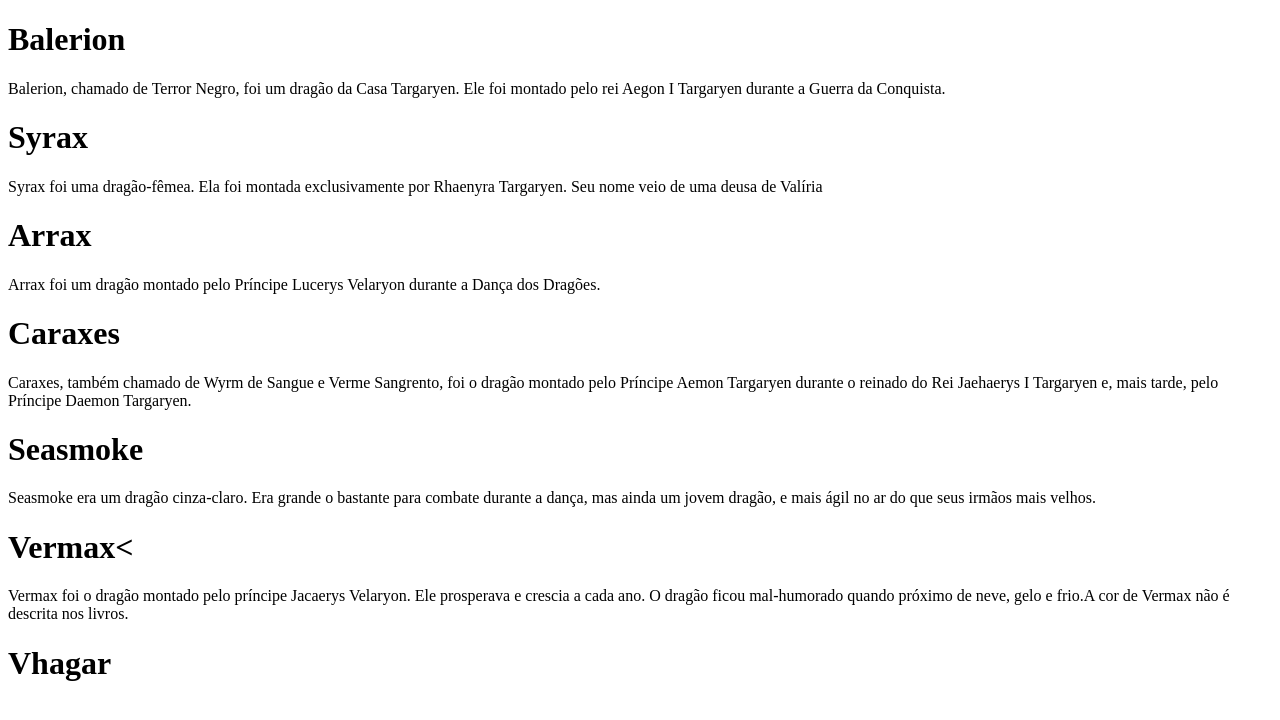
Repository: Caiquedev123/Dragaoes-progeto
Page: index.html
An editor plug-in stored every save of this project. The page is shown before and after the next save, followed by the edit.
The browser window is 1280 px wide. The pictures show the whole page.

Above is the page before, as saved 2024-08-09 11:24:15.

After the next save:
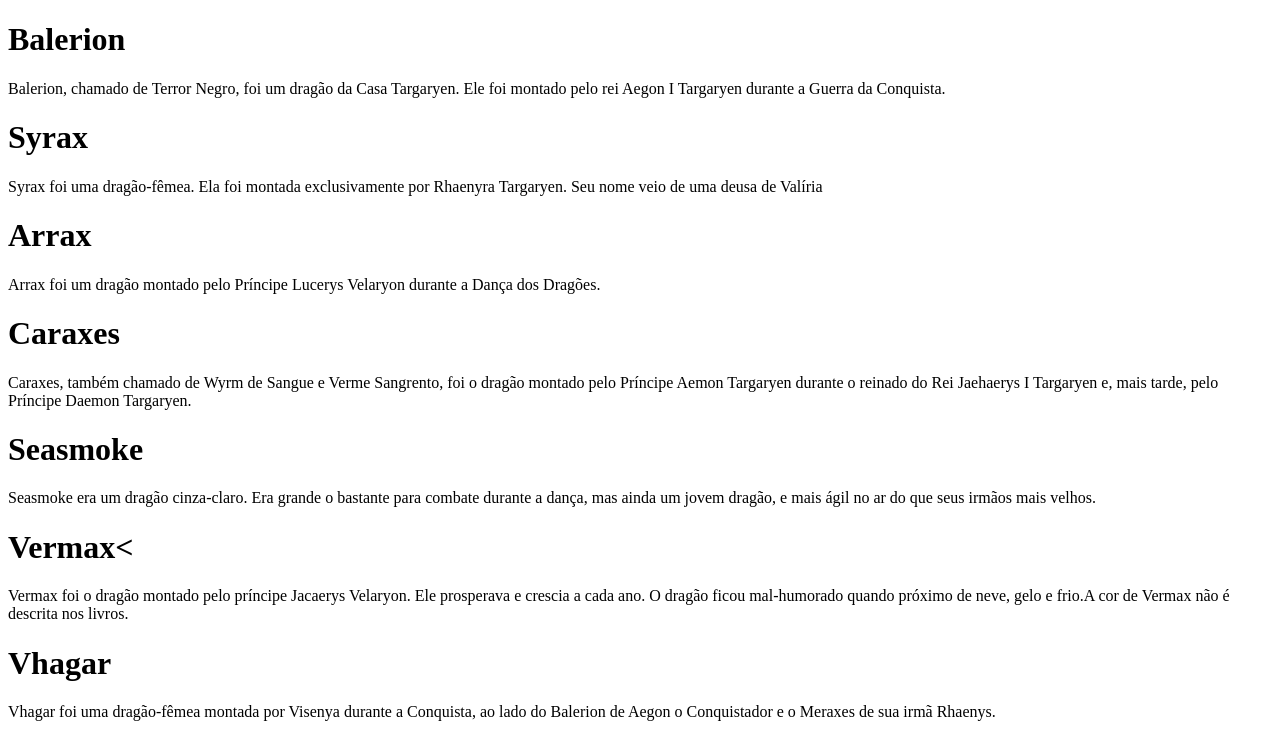
Saved 10 s later.
--- a/index.html
+++ b/index.html
@@ -49,7 +49,7 @@
             <div class="informacoes ativa">
                 <h1>Vhagar</h1>
 
-                <p class="descricao"></p>
+                <p class="descricao">Vhagar foi uma dragão-fêmea montada por Visenya durante a Conquista, ao lado do Balerion de Aegon o Conquistador e o Meraxes de sua irmã Rhaenys.</p>
             </div>
 
 
